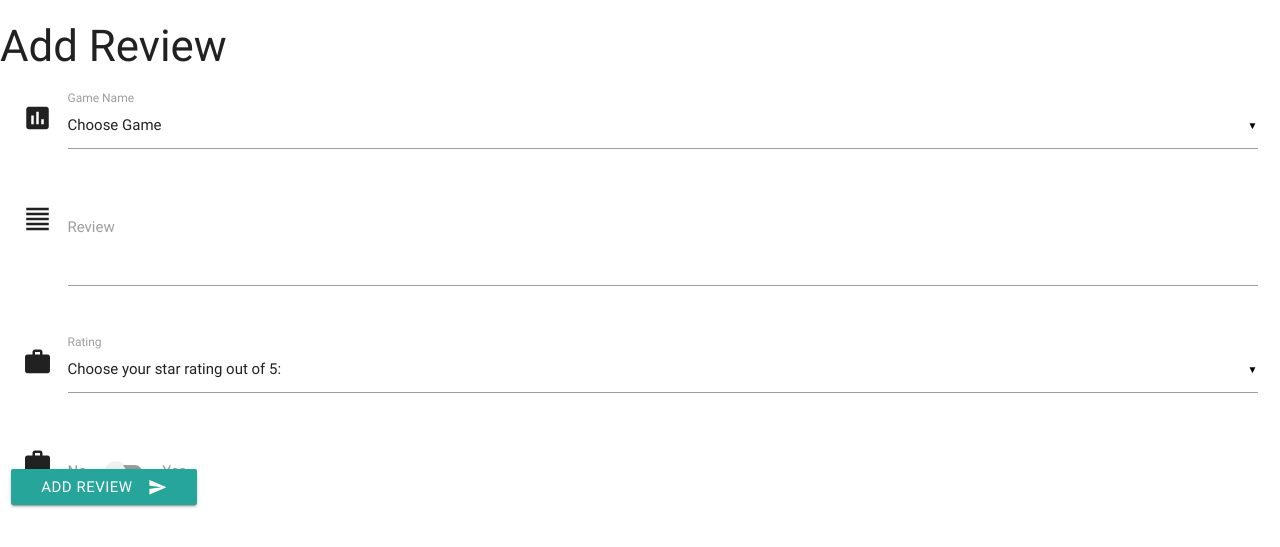
Repository: arcorco/dcd-milestone
Page: http://localhost/add_review
The author's editor kept a record of every edit. The page is drawn from the files as they stood at one moment, then again after the next edit.
The browser window is 1280 px wide. The pictures show the whole page.
Some web libraries are served in a nearby version. The page is served by the project's application, run on Flask 3 (app.py). Queries for data that is not in the repository find no rows.

Above is the page before.

After the next edit:
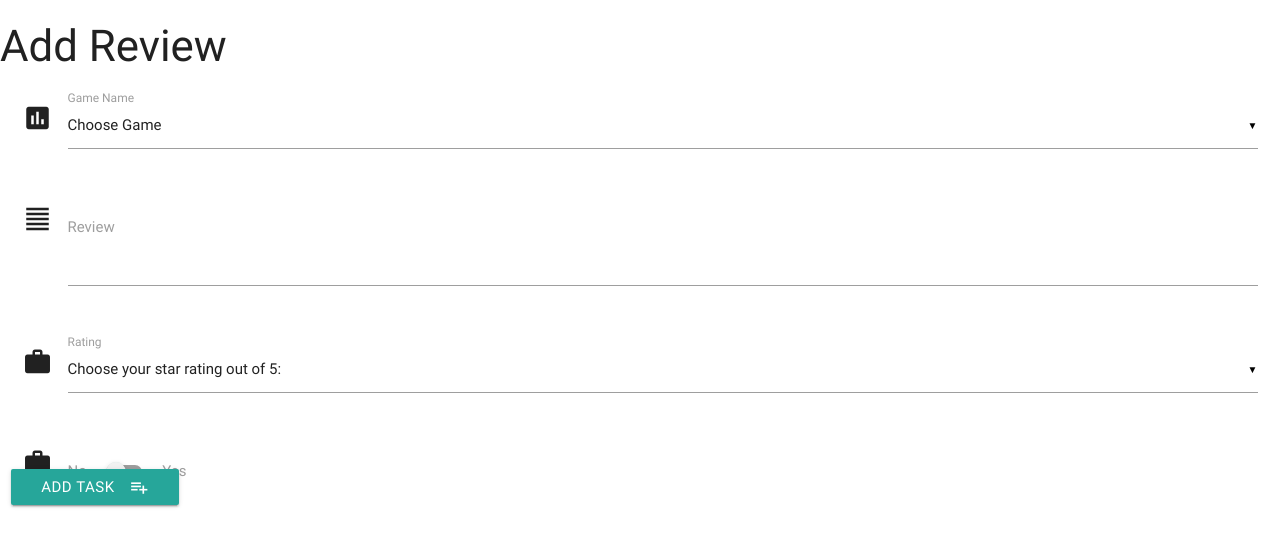
The edit:
--- a/templates/addreview.html
+++ b/templates/addreview.html
@@ -50,12 +50,10 @@
             </div>
         </div>
         <div class="row">
-                <button class="btn waves-effect waves-light" type="submit">Add Review
-    <i class="material-icons right">send</i>
-  </button>
-            </div>
-
-
+            <button class="btn waves-effect waves-light" type="submit" name="action">Add Task
+                <i class="material-icons right">playlist_add</i>
+             </button>
+        </div>
     </form>
 </div>
 
